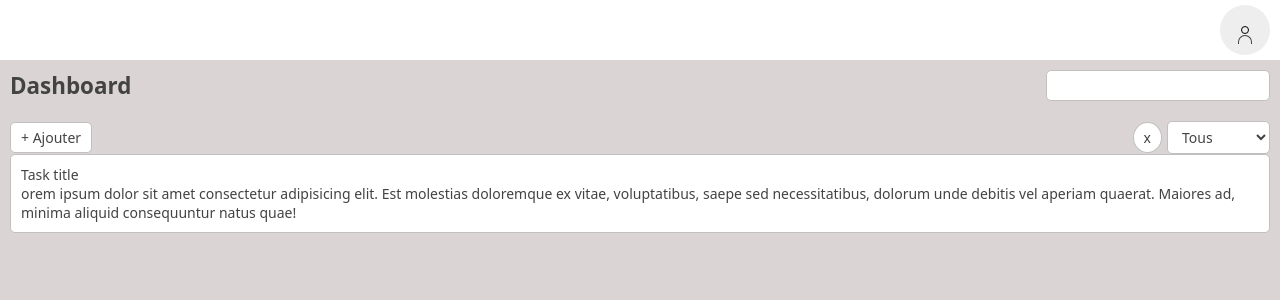
Repository: zpaulange/task_manager
Page: dashboard/index.html
The author's editor kept a copy of each file at every save. The page is drawn from the files as they stood at one save, then again after the next save.
The browser window is 1280 px wide. The pictures show the whole page.

Above is the page before, as saved 2025-03-06 15:17:35.

After the next save:
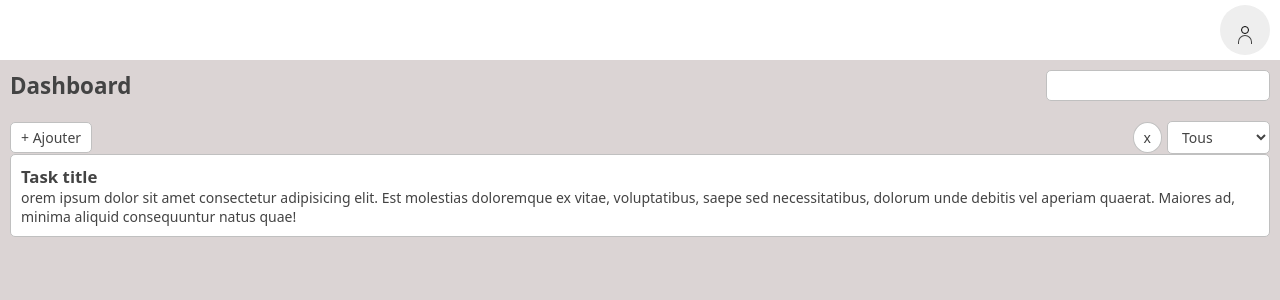
Saved 15 s later.
--- a/assets/styles/dashboard/style.css
+++ b/assets/styles/dashboard/style.css
@@ -157,7 +157,7 @@ input:focus, select:focus{
   border-radius:5px;
   border:1px solid silver
 }
-.task__content-item__title{
+.main-task__content-item__title{
   font-size: 1.2rem;
   font-weight: 600;
 }
